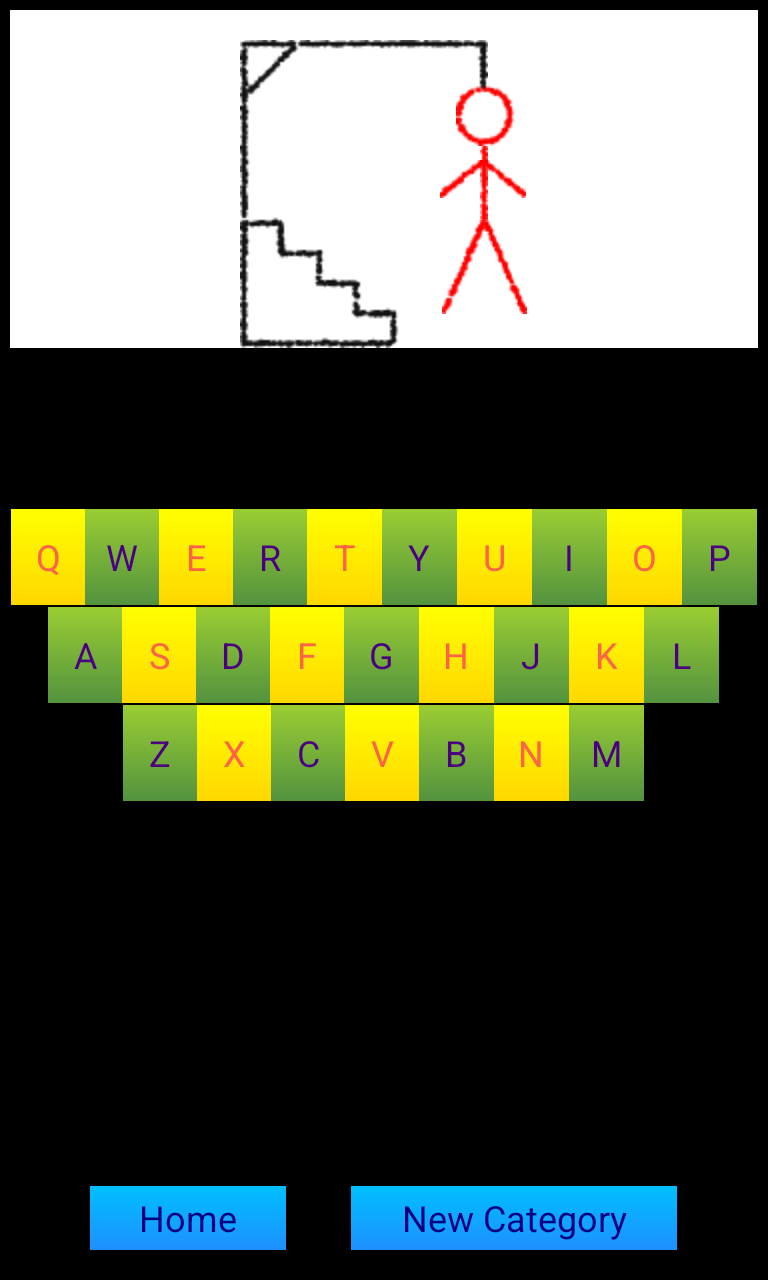
Repository: SarahDowlath/TriniHangman
Layout: workspace3/Trini-Hangman/res/layout/game.xml
The author's editor kept a copy of each file at every save. The layout is drawn from the files as they stood at one save, then again after the next save.
It is drawn on a 768 x 1280 px phone screen (xhdpi) without system bars, with theme AppTheme; the app's code is not run.

Above is the layout before, as saved 2014-07-24 00:07:23.

### workspace3/Trini-Hangman/res/layout/game.xml
<LinearLayout xmlns:android="http://schemas.android.com/apk/res/android"
    xmlns:tools="http://schemas.android.com/tools"
    android:id="@+id/LinearLayoutFinal"
    android:layout_width="match_parent"
    android:layout_height="fill_parent"
    android:layout_gravity="bottom"
    android:layout_marginBottom="0dp"
    android:background="#FF000000"
    android:gravity="center"
    android:orientation="vertical"
    android:padding="5dp"
    android:paddingBottom="@dimen/activity_vertical_margin"
    android:paddingLeft="@dimen/activity_horizontal_margin"
    android:paddingRight="@dimen/activity_horizontal_margin"
    android:paddingTop="@dimen/activity_vertical_margin" >

    <RelativeLayout
        android:id="@+id/hangmanGallows"
        android:layout_width="fill_parent"
        android:layout_height="wrap_content"
        android:background="#FFFFFF"
        android:gravity="center"
        android:visibility="visible"
        android:paddingTop = "15dp">

        <ImageView
            android:id="@+id/imageView2"
            android:layout_width="wrap_content"
            android:layout_height="wrap_content"
            android:contentDescription="@string/gallows"
            android:paddingLeft="0dp"
            android:paddingTop="0dp"
            android:src="@drawable/android_hangman_gallows" />



        <ImageView
            android:id="@+id/body"
            android:layout_width="wrap_content"
            android:layout_height="wrap_content"
            android:contentDescription="@string/body"
            android:paddingLeft="120dp"
            android:paddingTop="53dp"
            android:src="@drawable/android_hangman_body" />

        <ImageView
            android:id="@+id/arm1"
            android:layout_width="wrap_content"
            android:layout_height="wrap_content"
            android:contentDescription="@string/arm"
            android:paddingLeft="100dp"
            android:paddingTop="60dp"
            android:src="@drawable/android_hangman_arm1" />

        <ImageView
            android:id="@+id/arm2"
            android:layout_width="wrap_content"
            android:layout_height="wrap_content"
            android:contentDescription="@string/arm"
            android:paddingLeft="120dp"
            android:paddingTop="60dp"
            android:src="@drawable/android_hangman_arm2" />

        <ImageView
            android:id="@+id/leg1"
            android:layout_width="wrap_content"
            android:layout_height="wrap_content"
            android:contentDescription="@string/leg"
            android:paddingLeft="101dp"
            android:paddingTop="90dp"
            android:src="@drawable/android_hangman_leg1" />

        <ImageView
            android:id="@+id/head"
            android:layout_width="wrap_content"
            android:layout_height="wrap_content"
            android:layout_alignLeft="@+id/imageView2"
            android:layout_alignTop="@+id/imageView2"
            android:layout_weight="1"
            android:contentDescription="@string/head"
            android:paddingLeft="108dp"
            android:paddingTop="23dp"
            android:src="@drawable/android_hangman_head" />

        <ImageView
            android:id="@+id/leg2"
            android:layout_width="wrap_content"
            android:layout_height="wrap_content"
            android:layout_alignBottom="@+id/leg1"
            android:layout_alignParentLeft="true"
            android:contentDescription="@string/leg"
            android:paddingLeft="121dp"
            android:paddingTop="90dp"
            android:src="@drawable/android_hangman_leg2" />

    </RelativeLayout>

    <LinearLayout
        android:id="@+id/secretWord"
        android:layout_width="match_parent"
        android:layout_height="80dp" >

        <TextView
            android:id="@+id/secretTextView"
            android:layout_width="match_parent"
            android:layout_height="54dp"
            android:gravity="center"
            android:textColor="#FC0000"
            android:textSize="26sp"
            android:textStyle="bold" />
    </LinearLayout>

         <LinearLayout
             android:id="@+id/letterLayout1"
             android:layout_alignBottom="@+id/secretTextView"
             android:layout_width="match_parent"
             android:layout_height="wrap_content"
             android:gravity="center_horizontal"
             android:orientation="horizontal"
             android:padding="0.5dp"
             android:textSize="22sp"
             android:weightSum="10" >

        <Button
            android:id="@+id/buttonQ"
            android:layout_width="0dp"
            android:layout_height="fill_parent"
            android:layout_weight="1"
            android:background="@drawable/buttonletterstyle"
            android:onClick="clickLetter"
            android:text="@string/button_letter_q"
            android:textColor="@drawable/lettercolor" />


         <Button
            android:id="@+id/buttonW"
            android:layout_weight="1"
            android:layout_height="fill_parent"
            android:layout_width="0dp"
            android:onClick="clickLetter"
            android:text="@string/button_letter_w"
            android:background="@drawable/buttonletterstyle1"
            android:textColor = "@drawable/lettercolor1"
         />


         <Button
            android:id="@+id/buttonE"
            android:layout_weight="1"
            android:layout_height="fill_parent"
            android:layout_width="0dp"
            android:onClick="clickLetter"
            android:text="@string/button_letter_e"
            android:background="@drawable/buttonletterstyle"
            android:textColor = "@drawable/lettercolor"
         />

         <Button
            android:id="@+id/buttonR"
            android:layout_weight="1"
            android:layout_height="fill_parent"
            android:layout_width="0dp"
            android:onClick="clickLetter"
            android:text="@string/button_letter_r"
            android:background="@drawable/buttonletterstyle1"
            android:textColor = "@drawable/lettercolor1"
         />

         <Button
            android:id="@+id/buttonT"
            android:layout_weight="1"
            android:layout_height="fill_parent"
            android:layout_width="0dp"
            android:onClick="clickLetter"
            android:text="@string/button_letter_t"
            android:background="@drawable/buttonletterstyle"
            android:textColor = "@drawable/lettercolor"
         />

         <Button
            android:id="@+id/buttonY"
            android:layout_weight="1"
            android:layout_height="fill_parent"
            android:layout_width="0dp"
            android:onClick="clickLetter"
            android:text="@string/button_letter_y"
            android:background="@drawable/buttonletterstyle1"
            android:textColor = "@drawable/lettercolor1"
         />

         <Button
            android:id="@+id/buttonU"
            android:layout_weight="1"
            android:layout_height="fill_parent"
            android:layout_width="0dp"
            android:onClick="clickLetter"
            android:text="@string/button_letter_u"
            android:background="@drawable/buttonletterstyle"
            android:textColor = "@drawable/lettercolor"
         />


         <Button
            android:id="@+id/buttonI"
            android:layout_weight="1"
            android:layout_height="fill_parent"
            android:layout_width="0dp"
            android:onClick="clickLetter"
            android:text="@string/button_letter_i"
            android:background="@drawable/buttonletterstyle1"
            android:textColor = "@drawable/lettercolor1"
         />


         <Button
            android:id="@+id/buttonO"
            android:layout_weight="1"
            android:layout_height="fill_parent"
            android:layout_width="0dp"
            android:onClick="clickLetter"
            android:text="@string/button_letter_o"
            android:background="@drawable/buttonletterstyle"
            android:textColor = "@drawable/lettercolor"
         />

         <Button
            android:id="@+id/buttonP"
            android:layout_weight="1"
            android:layout_height="fill_parent"
            android:layout_width="0dp"
            android:onClick="clickLetter"
            android:text="@string/button_letter_p"
            android:background="@drawable/buttonletterstyle1"
            android:textColor = "@drawable/lettercolor1"
         />
    </LinearLayout>

    <LinearLayout
        android:id="@+id/letterLayout2"
        android:layout_width="match_parent"
        android:layout_height="wrap_content"
        android:gravity="center_horizontal"
        android:orientation="horizontal"
        android:padding="0.5dp"
        android:textSize="22sp"
        android:weightSum="10" >

        <Button
            android:id="@+id/buttonA"
            android:layout_weight="1"
            android:layout_height="fill_parent"
            android:layout_width="0dp"
            android:onClick="clickLetter"
            android:text="@string/button_letter_a"
            android:background="@drawable/buttonletterstyle1"
            android:textColor = "@drawable/lettercolor1"
         />

         <Button
             android:id="@+id/buttonS"
             android:layout_width="0dp"
             android:layout_height="fill_parent"
             android:layout_weight="1"
             android:background="@drawable/buttonletterstyle"
             android:onClick="clickLetter"
             android:text="@string/button_letter_s"
             android:textColor="@drawable/lettercolor" />

         <Button
            android:id="@+id/buttonD"
            android:layout_weight="1"
            android:layout_height="fill_parent"
            android:layout_width="0dp"
            android:onClick="clickLetter"
            android:text="@string/button_letter_d"
            android:background="@drawable/buttonletterstyle1"
            android:textColor = "@drawable/lettercolor1"
         />

         <Button
            android:id="@+id/buttonF"
            android:layout_weight="1"
            android:layout_height="fill_parent"
            android:layout_width="0dp"
            android:onClick="clickLetter"
            android:text="@string/button_letter_f"
            android:background="@drawable/buttonletterstyle"
            android:textColor = "@drawable/lettercolor"
         />

         <Button
            android:id="@+id/buttonG"
            android:layout_weight="1"
            android:layout_height="fill_parent"
            android:layout_width="0dp"
            android:onClick="clickLetter"
            android:text="@string/button_letter_g"
            android:background="@drawable/buttonletterstyle1"
            android:textColor = "@drawable/lettercolor1"
         />

         <Button
            android:id="@+id/buttonH"
            android:layout_weight="1"
            android:layout_height="fill_parent"
            android:layout_width="0dp"
            android:onClick="clickLetter"
            android:text="@string/button_letter_h"
            android:background="@drawable/buttonletterstyle"
            android:textColor = "@drawable/lettercolor"
         />

         <Button
            android:id="@+id/buttonJ"
            android:layout_weight="1"
            android:layout_height="fill_parent"
            android:layout_width="0dp"
            android:onClick="clickLetter"
            android:text="@string/button_letter_j"
            android:background="@drawable/buttonletterstyle1"
            android:textColor = "@drawable/lettercolor1"
         />

         <Button
            android:id="@+id/buttonK"
            android:layout_weight="1"
            android:layout_height="fill_parent"
            android:layout_width="0dp"
            android:onClick="clickLetter"
            android:text="@string/button_letter_k"
            android:background="@drawable/buttonletterstyle"
            android:textColor = "@drawable/lettercolor"
         />

         <Button
            android:id="@+id/buttonL"
            android:layout_weight="1"
            android:layout_height="fill_parent"
            android:layout_width="0dp"
            android:onClick="clickLetter"
            android:text="@string/button_letter_l"
            android:background="@drawable/buttonletterstyle1"
            android:textColor = "@drawable/lettercolor1"
         />
    </LinearLayout>

    <LinearLayout
        android:id="@+id/letterLayout3"
        android:layout_width="match_parent"
        android:layout_height="wrap_content"
        android:gravity="center_horizontal"
        android:orientation="horizontal"
        android:padding="0.5dp"
        android:textSize="22sp"
        android:weightSum="10" >

        <Button
            android:id="@+id/buttonZ"
            android:layout_weight="1"
            android:layout_height="fill_parent"
            android:layout_width="0dp"
            android:onClick="clickLetter"
            android:text="@string/button_letter_z"
            android:background="@drawable/buttonletterstyle1"
            android:textColor = "@drawable/lettercolor1"
         />
         <Button
            android:id="@+id/buttonX"
            android:layout_weight="1"
            android:layout_height="fill_parent"
            android:layout_width="0dp"
            android:onClick="clickLetter"
            android:text="@string/button_letter_x"
            android:background="@drawable/buttonletterstyle"
            android:textColor = "@drawable/lettercolor"
         />

         <Button
            android:id="@+id/buttonC"
            android:layout_weight="1"
            android:layout_height="fill_parent"
            android:layout_width="0dp"
            android:onClick="clickLetter"
            android:text="@string/button_letter_c"
            android:background="@drawable/buttonletterstyle1"
            android:textColor = "@drawable/lettercolor1"
         />

         <Button
            android:id="@+id/buttonV"
            android:layout_weight="1"
            android:layout_height="fill_parent"
            android:layout_width="0dp"
            android:onClick="clickLetter"
            android:text="@string/button_letter_v"
            android:background="@drawable/buttonletterstyle"
            android:textColor = "@drawable/lettercolor"
         />

         <Button
            android:id="@+id/buttonB"
            android:layout_weight="1"
            android:layout_height="fill_parent"
            android:layout_width="0dp"
            android:onClick="clickLetter"
            android:text="@string/button_letter_b"
            android:background="@drawable/buttonletterstyle1"
            android:textColor = "@drawable/lettercolor1"
         />

         <Button
            android:id="@+id/buttonN"
            android:layout_weight="1"
            android:layout_height="fill_parent"
            android:layout_width="0dp"
            android:onClick="clickLetter"
            android:text="@string/button_letter_n"
            android:background="@drawable/buttonletterstyle"
            android:textColor = "@drawable/lettercolor"
         />

         <Button
            android:id="@+id/buttonM"
            android:layout_weight="1"
            android:layout_height="fill_parent"
            android:layout_width="0dp"
            android:onClick="clickLetter"
            android:text="@string/button_letter_m"
            android:background="@drawable/buttonletterstyle1"
            android:textColor = "@drawable/lettercolor1"
         />

    </LinearLayout>

    <LinearLayout
        android:id="@+id/FinalLayout"
        android:layout_width="match_parent"
        android:layout_height="80dp"
        android:layout_marginBottom="2dp"
        android:layout_weight="0.75"
        android:gravity="center_horizontal"
        android:orientation="horizontal"
        android:padding="2dp"
        android:textSize="14sp"
        android:weightSum="7" >

        <Button
            android:id="@+id/buttonHome"
            android:layout_width="98dp"
            android:layout_height="32dp"
            android:layout_gravity="bottom|center_horizontal"
            android:layout_marginBottom="3dp"
            android:background="@drawable/buttonnextonestyle"
            android:onClick="goHome"
            android:orientation="horizontal"
            android:text="@string/button_go_home"
            android:textColor="@drawable/nextonecolor" />

        <TextView
            android:layout_width="0dp"
            android:layout_height="0dp"
            android:layout_weight="1.5" />

        <Button
            android:id="@+id/buttonchangeCategory"
            android:layout_width="120dp"
            android:layout_height="32dp"
            android:layout_gravity="bottom|left|center_horizontal"
            android:layout_marginBottom="3dp"
            android:layout_weight="2"
            android:background="@drawable/buttonnextonestyle"
            android:onClick="selectAnotherCategory"
            android:orientation="horizontal"
            android:text="@string/button_change_cat"
            android:textColor="@drawable/nextonecolor" />

    </LinearLayout>

</LinearLayout>

### workspace3/Trini-Hangman/res/values/strings.xml
<?xml version="1.0" encoding="utf-8"?>
<resources>

    <string name="app_name">Trini-Hangman</string>
    <string name="hello_world">Hello world!</string>
    <string name="action_settings">Settings</string>
    <string name="gallows">The Gallows</string>
	<string name="head">The Head</string>
	<string name="body">The Body</string>
	<string name="arm">An Arm</string>
	<string name="leg">A Leg</string>
	<string name="button_food_category">Food</string>
    <string name="button_music_category">Music</string>
    <string name="button_sports_category">Sports</string>

    <string name="about_text">

	Test30 Local version of Hangman is a fun way to learn the culture and history of Trinidad and Tobago.

	TriniHangman allows you to select a category from a list and the secret word to be guessed will appear.

	You are presented with all the letters from the alphabet.

	If you guess a letter that is part of the word, the word is redisplayed with all instances of that letter shown in the correct positions, along with any letters correctly guessed on previous turns.

	For every letter guessed wrong, a bit more of the hangman is exposed.

	You have 6 tries to correctly guess the word. Good luck!

	Enjoy!

        </string>


    <string name="about_title"> About Trini-Hangman </string>




    <string name="button_letter_a">A</string>
    <string name="button_letter_b">B</string>
    <string name="button_letter_c">C</string>
    <string name="button_letter_d">D</string>
    <string name="button_letter_e">E</string>
    <string name="button_letter_f">F</string>
    <string name="button_letter_g">G</string>
    <string name="button_letter_h">H</string>
    <string name="button_letter_i">I</string>
    <string name="button_letter_j">J</string>
    <string name="button_letter_k">K</string>
    <string name="button_letter_l">L</string>
    <string name="button_letter_m">M</string>
    <string name="button_letter_n">N</string>
    <string name="button_letter_o">O</string>
    <string name="button_letter_p">P</string>
    <string name="button_letter_q">Q</string>
    <string name="button_letter_r">R</string>
    <string name="button_letter_s">S</string>
    <string name="button_letter_t">T</string>
    <string name="button_letter_u">U</string>
    <string name="button_letter_v">V</string>
    <string name="button_letter_w">W</string>
    <string name="button_letter_x">X</string>
    <string name="button_letter_y">Y</string>
    <string name="button_letter_z">Z</string>
    <string name="button_go_home">Home</string>
    <string name="button_change_cat">New Category</string>

</resources>

### workspace3/Trini-Hangman/res/drawable/buttonletterstyle.xml
<?xml version="1.0" encoding="utf-8"?>
<selector xmlns:android="http://schemas.android.com/apk/res/android">
    <item android:state_pressed="true" >
        <shape>
            <solid
                android:color="#FFD700"/>
        </shape>
    </item> <!-- pressed -->
    <item android:state_enabled="false" >
        <shape>
            <solid
                android:color= "#708090"/>
        </shape>
    </item> <!-- disabled -->
    <item>
        <shape>
            <gradient
                android:startColor="#FFFF00"
                android:endColor="#FFD700"
                android:angle="270" />
        </shape>
    </item> <!-- default -->
</selector>

### workspace3/Trini-Hangman/res/drawable/lettercolor.xml
<?xml version="1.0" encoding="utf-8"?>
<selector xmlns:android="http://schemas.android.com/apk/res/android">
    <item android:state_pressed="true" android:color = "#FFFC0000" /> <!-- pressed -->
    <item android:state_enabled="false" android:color="#FFC0C0C0" />
    <item android:color="#FFFF6347"/>
</selector>

### workspace3/Trini-Hangman/res/drawable/buttonletterstyle1.xml
<?xml version="1.0" encoding="utf-8"?>
<selector xmlns:android="http://schemas.android.com/apk/res/android">
    <item android:state_pressed="true" >
        <shape>
            <solid
                android:color="#53933f"/>
        </shape>
    </item> <!-- pressed -->
    <item android:state_enabled="false" >
        <shape>
            <solid
                android:color= "#708090"/>
        </shape>
    </item> <!-- disabled -->
    <item>
        <shape>
            <gradient
                android:startColor="#9ACD32"
                android:endColor="#53933f"
                android:angle="270" />
        </shape>
    </item> <!-- default -->
</selector>

### workspace3/Trini-Hangman/res/drawable/lettercolor1.xml
<?xml version="1.0" encoding="utf-8"?>
<selector xmlns:android="http://schemas.android.com/apk/res/android">
    <item android:state_pressed="true" android:color = "#FFFC0000" /> <!-- pressed -->
    <item android:state_enabled="false" android:color="#FFC0C0C0" />
    <item android:color="#FF4B0082"/>
</selector>

### workspace3/Trini-Hangman/res/drawable/buttonnextonestyle.xml
<?xml version="1.0" encoding="utf-8"?>
<selector xmlns:android="http://schemas.android.com/apk/res/android">
    <item android:state_pressed="true" >
        <shape>
            <solid
                android:color="#1E90FF"/>
        </shape>
    </item> <!-- pressed -->
    <item android:state_enabled="false" >
        <shape>
            <solid
                android:color= "#708090"/>
        </shape>
    </item> <!-- disabled -->
    <item>
        <shape>
            <gradient
                android:startColor= "#00BFFF"
                android:endColor="#1E90FF"
                android:angle="270" />
        </shape>
    </item> <!-- default -->
</selector>

### workspace3/Trini-Hangman/res/drawable/nextonecolor.xml
<?xml version="1.0" encoding="utf-8"?>
<selector xmlns:android="http://schemas.android.com/apk/res/android">
    <item android:state_pressed="true" android:color = "#FFF0F8FF" /> <!-- pressed -->
    <item android:state_enabled="false" android:color="#FFC0C0C0" />
    <item android:color="#FF000080"	/>
</selector>

Loaded but not shown: workspace3/Trini-Hangman/res/values/styles.xml (common file); workspace3/Trini-Hangman/res/values-v11/styles.xml (common file); workspace3/Trini-Hangman/res/values-v14/styles.xml (common file); workspace3/Trini-Hangman/res/values/dimens.xml (common file); workspace3/Trini-Hangman/res/values-w820dp/dimens.xml (common file)

After the next save:
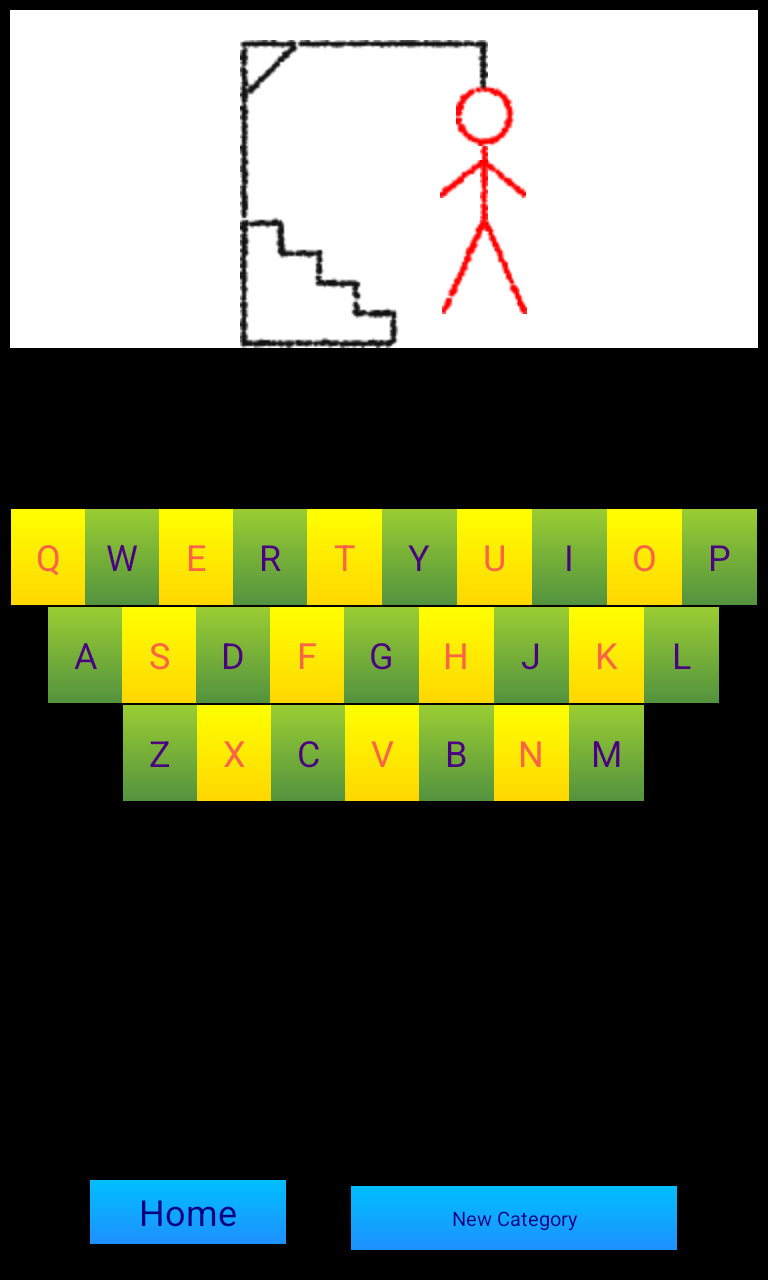
Saved 5 min 16 s later.
--- a/workspace3/Trini-Hangman/res/layout/game.xml
+++ b/workspace3/Trini-Hangman/res/layout/game.xml
@@ -453,6 +453,8 @@
             android:background="@drawable/buttonnextonestyle"
             android:onClick="goHome"
             android:orientation="horizontal"
+            android:layout_centerHorizontal="true"
+        	android:layout_centerInParent="true"
             android:text="@string/button_go_home"
             android:textColor="@drawable/nextonecolor" />
 
@@ -470,9 +472,12 @@
             android:layout_weight="2"
             android:background="@drawable/buttonnextonestyle"
             android:onClick="selectAnotherCategory"
+            android:layout_centerHorizontal="true"
+       		android:layout_centerInParent="true"
             android:orientation="horizontal"
             android:text="@string/button_change_cat"
-            android:textColor="@drawable/nextonecolor" />
+            android:textColor="@drawable/nextonecolor"
+            android:textSize="10sp" />
 
     </LinearLayout>
 
